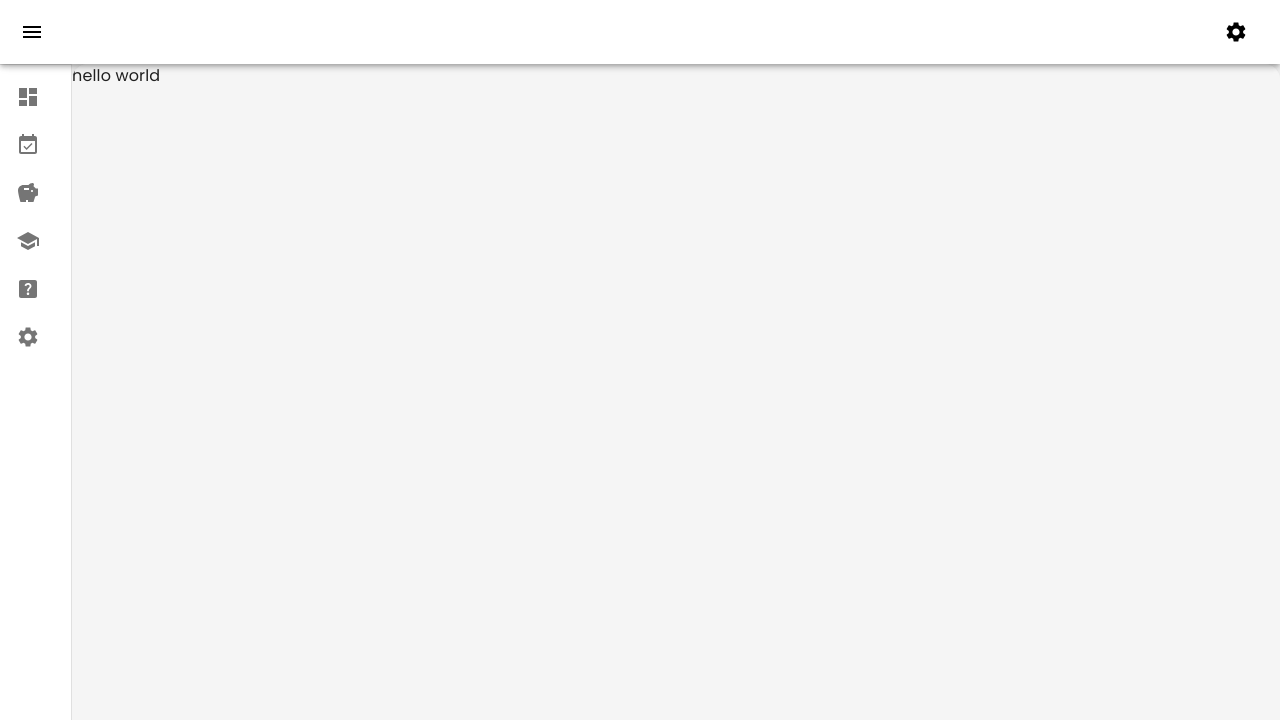
Repository: shubhampirate/Google_Solutions_Edural
Page: /bookings
The author's editor kept a copy of each file at every save. The page is drawn from the files as they stood at one save, then again after the next save.
The browser window is 1280 px wide. The pictures show the whole page.
An inner scrolling area shows only its first screen. The project was rebuilt for these pictures with package versions that can differ from the ones it lists, and the page was loaded fresh each time. Some packages were replaced by stand-ins written for this rebuild. Also part of the build but not shown: src/Components/CustomButton.jsx, src/Components/Navbar.jsx, src/Components/Footer.jsx, src/Components/CongratsCard.jsx, src/pages/Hero/Hero.jsx, src/pages/Dashboard/Dashboard.jsx, src/pages/Sign_in.jsx.

Above is the page before, as saved 2024-02-03 20:25:32.

After the next save:
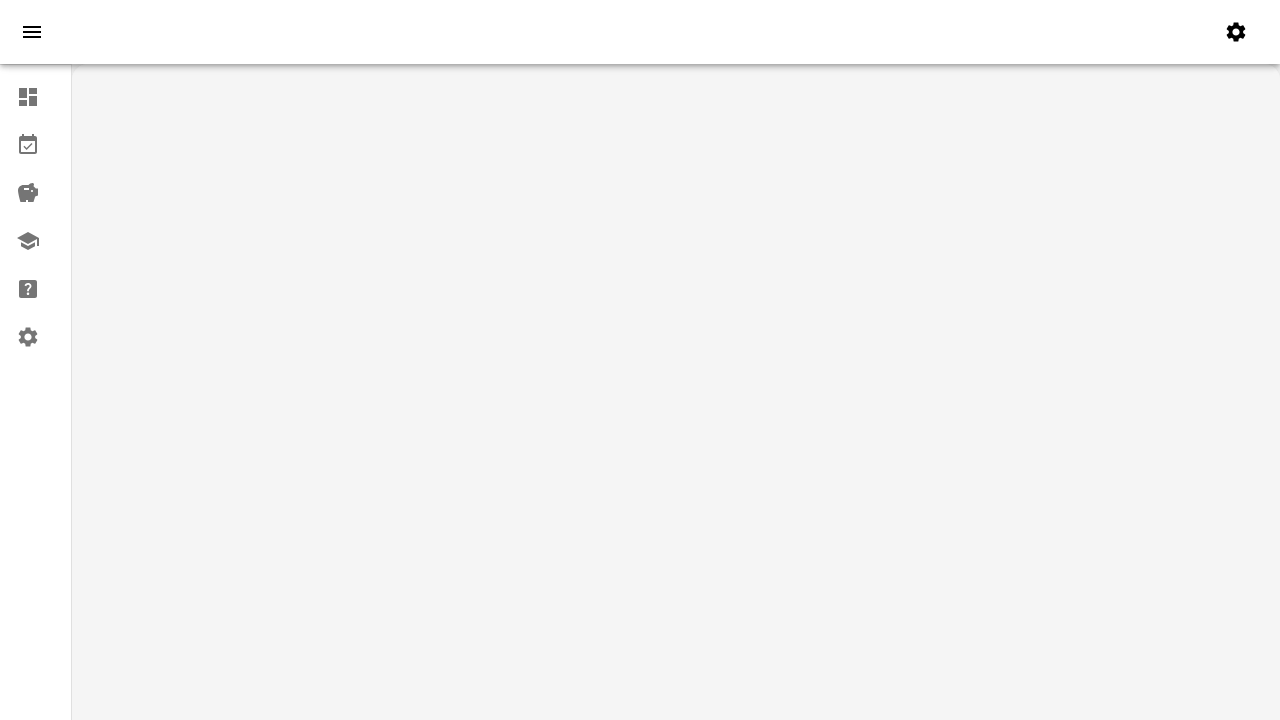
Saved 75 s later.
--- a/src/pages/Bookings/bookings.jsx
+++ b/src/pages/Bookings/bookings.jsx
@@ -1,26 +1,10 @@
 import React, { useState, useEffect } from 'react';
 import { styled, createTheme, ThemeProvider } from '@mui/material/styles';
 import CssBaseline from '@mui/material/CssBaseline';
-import MuiDrawer from '@mui/material/Drawer';
 import Box from '@mui/material/Box';
 import axios from 'axios';
 import Grid from '@mui/material/Grid';
-import { MenuItem, Select, InputLabel, Card, CardActionArea, CardContent, CardMedia } from '@mui/material';
-import MenuIcon from '@mui/icons-material/Menu';
-import ChevronLeftIcon from '@mui/icons-material/ChevronLeft';
-import { mainListItems } from '../../Components/listItems';
-import LinearProgress from '@mui/material/LinearProgress';
-import ImageList from '@mui/material/ImageList';
-import ImageListItem from '@mui/material/ImageListItem';
-import UploadFileIcon from '@mui/icons-material/UploadFile';
-import Tabs from '@mui/material/Tabs';
-import Tab from '@mui/material/Tab';
-import Swal from 'sweetalert2';
-import useMediaQuery from '@mui/material/useMediaQuery';
-import TextField from '@mui/material/TextField';
-import Button from '@mui/material/Button';
-import DeleteIcon from '@mui/icons-material/Delete';
-import NoteAddIcon from '@mui/icons-material/NoteAdd';
+
 
 const defaultTheme = createTheme();
 
@@ -40,7 +24,7 @@ export default function Booking() {
             height: '100vh',
             overflow: 'auto',
           }}>
-            hello world
+
         </Box>
       </Box>
     </ThemeProvider>
